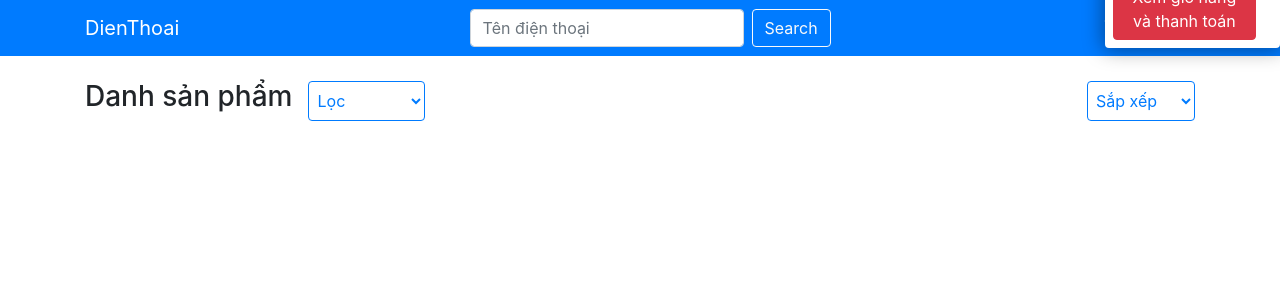
Repository: dovanthao2404/BC14_Bai_Tap_Ban_Dien_Thoai_dovanthao
Page: app/views/index.html
An editor plug-in stored every save of this project. The page is shown before and after the next save, followed by the edit.
The browser window is 1280 px wide. The pictures show the whole page.
Some web libraries are served in a nearby version. The style sheet was rebuilt from its Sass, Less or Tailwind sources for each picture, by a compiler version that may differ from the author's.

Above is the page before, as saved 2021-08-14 16:45:09.
Console error (its wording comes from the project's code and is left out).

### app/views/index.html
<!DOCTYPE html>
<html lang="en">

<head>
  <meta charset="UTF-8">
  <meta http-equiv="X-UA-Compatible" content="IE=edge">
  <meta name="viewport" content="width=device-width, initial-scale=1.0">
  <title>Dien Thoai Xin</title>




  <!-- FONT AWESOME -->
  <link rel="stylesheet" href="https://cdnjs.cloudflare.com/ajax/libs/font-awesome/5.15.4/css/all.min.css"
    integrity="sha512-1ycn6IcaQQ40/MKBW2W4Rhis/DbILU74C1vSrLJxCq57o941Ym01SwNsOMqvEBFlcgUa6xLiPY/NS5R+E6ztJQ=="
    crossorigin="anonymous" referrerpolicy="no-referrer" />

  <!-- GOOGLE FONTS -->

  <link rel="preconnect" href="https://fonts.googleapis.com">
  <link rel="preconnect" href="https://fonts.gstatic.com" crossorigin>
  <link
    href="https://fonts.googleapis.com/css2?family=Roboto:ital,wght@0,300;0,400;0,700;1,300;1,400;1,700&display=swap"
    rel="stylesheet">

  <!-- B4 -->
  <link rel="stylesheet" href="https://cdn.jsdelivr.net/npm/bootstrap@4.6.0/dist/css/bootstrap.min.css"
    integrity="sha384-B0vP5xmATw1+K9KRQjQERJvTumQW0nPEzvF6L/Z6nronJ3oUOFUFpCjEUQouq2+l" crossorigin="anonymous">

  <!-- MAIN CSS -->
  <link rel="stylesheet" href="../../assets/css/main.css">
</head>

<body>
  <header class="fixed-top">
    <nav class="navbar navbar-dark bg-primary">
      <div class="container">

        <a href="#" class="navbar-brand">
          DienThoai
        </a>
        <form class="form-inline my-2 my-lg-0">
          <input id="valueSearch" class="form-control mr-sm-2" type="search" placeholder="Tên điện thoại"
            aria-label="Search">
          <button id="btnSearch" class="btn btn-outline-light my-2 my-sm-0" type="button">Search</button>
        </form>
        <div class="phone-cart">
          <a href="cart.html" class="text-light position-relative">
            <i class="fa fa-cart-plus"></i> Giỏ hàng


            <div class="notifiSuccess pb-2 pt-3 pl-2 pr-4 bg-white rounded">
              <i class="fa fa-times icon-close text-dark"></i>
              <div class="d-flex align-items-center">
                <i class="fa fa-check-circle text-success"></i>
                <p class="text-dark m-0">Thêm vào giỏ hàng thành công</p>
              </div>
              <a href="cart.html" class="btn btn-danger w-100 d-block">Xem giỏ hàng và thanh toán</a>

            </div>
          </a>

        </div>
      </div>
    </nav>

  </header>

  <section class="phone-product">
    <div class="container">
      <div id="listAll-type">
        <div class="phone-title">
          <div class="d-flex justify-content-between align-items-center my-3">
            <div class="d-flex align-items-center">
              <h3 class="mr-3">
                Danh sản phẩm
              </h3>
              <div>
                <select class="phone-select" name="" id="phoneType">
                  <option value="">Lọc</option>
                  <option value="Samsung">Samsung</option>
                  <option value="Iphone">Iphone</option>
                </select>

              </div>
            </div>
            <div class="sort-name">
              <select class="phone-select" name="" id="sortPhone">
                <option value="">Sắp xếp</option>
                <option value="a">A - Z</option>
                <option value="z">Z - A</option>
              </select>
            </div>
          </div>
        </div>
        <div class="phone-list">
          <div class="row" id="listPhoneView">

          </div>
        </div>
      </div>
    </div>
    </div>
  </section>


  <!-- B4 -->
  <script src="https://code.jquery.com/jquery-3.5.1.slim.min.js"
    integrity="sha384-DfXdz2htPH0lsSSs5nCTpuj/zy4C+OGpamoFVy38MVBnE+IbbVYUew+OrCXaRkfj"
    crossorigin="anonymous"></script>
  <script src="https://cdn.jsdelivr.net/npm/bootstrap@4.6.0/dist/js/bootstrap.bundle.min.js"
    integrity="sha384-Piv4xVNRyMGpqkS2by6br4gNJ7DXjqk09RmUpJ8jgGtD7zP9yug3goQfGII0yAns"
    crossorigin="anonymous"></script>


  <!-- AXIOS -->
  <script src="https://cdnjs.cloudflare.com/ajax/libs/axios/0.21.1/axios.min.js"
    integrity="sha512-bZS47S7sPOxkjU/4Bt0zrhEtWx0y0CRkhEp8IckzK+ltifIIE9EMIMTuT/mEzoIMewUINruDBIR/jJnbguonqQ=="
    crossorigin="anonymous" referrerpolicy="no-referrer"></script>

  <script type="module" src="./../controllers/main.js"></script>
</body>

</html>

### app/controllers/main.js
import Phone from "./../models/Phone.js"
import ListPhone from "./../models/ListPhone.js"


var listProductInCart = JSON.parse(localStorage.getItem("listProductInCart")) || [];



let getEle = (id) => {
  return document.getElementById(id)
}

let listPhone = new ListPhone();


let renderView = (arr) => {
  let html = ""
  arr.forEach((phone) => {
    html += `
    <div class="col-3 mb-3">
    <div class="card overflow-hidden h-100">
      <img
        src="${phone.img}"
        alt="" class="card-img-top">
      <div class="card-body">
        <h4 class=card-title>
        ${phone.name}
        </h4>
        <p class="card-text">${phone.desc}</p>
        </div>
        <div class="card-footer">
        <a data-action="add"  data-phone=${phone.id} class="btn btn-primary w-100">Cart</a>
        </div>
    </div>
  </div>
    `
  })
  getEle("listPhoneView").innerHTML = html

}

let fetchData = () => {
  listPhone
    .getListPhoneApi()
    .then((resp) => {
      renderView(resp.data)
    })
    .catch((err) => {
      console.log(err)
    })
}

fetchData()

let filterType = (phoneType, type) => {
  return listPhone
    .getListPhoneApi()
    .then((resp) => {
      let data = resp.data;
      data.forEach((phone) => {
        if (phone.type === type) {
          phoneType.push(phone);
        }
      })
      renderView(phoneType)
      return phoneType;
    })
    .catch((err) => {
      console.log(err)
    })
}

let sortPhone = (arr, valueSort) => {
  for (let i = 0; i < arr.length; i++) {
    for (let j = i; j < arr.length; j++) {
      if (valueSort === 1) {
        if (arr[i].name < arr[j].name) {
          let temp = arr[i];
          arr[i] = arr[j]
          arr[j] = temp;
        }
      } else {
        if (arr[i].name > arr[j].name) {
          let temp = arr[i];
          arr[i] = arr[j]
          arr[j] = temp;
        }
      }
    }
  }
  renderView(arr)
}


let delegationSelect = () => {
  let phoneType = [];
  let type = getEle("phoneType").value;
  let dataSort = getEle("sortPhone").value;

  if (type && dataSort) {

    if (dataSort === "a") {
      filterType(phoneType, type)
        .then((phoneType) => {
          sortPhone(phoneType, 1);
        })
    } else {
      filterType(phoneType, type)
        .then((phoneType) => {
          sortPhone(phoneType, 0);
        })
    }

  } else if (type && !dataSort) {

    filterType(phoneType, type);

  } else if (!type && dataSort) {

    if (dataSort === "a") {
      listPhone.getListPhoneApi()
        .then((resp) => {
          sortPhone(resp.data, 1);
        })
        .catch((err) => {
          console.log(err);
        })
    } else {
      listPhone.getListPhoneApi()
        .then((resp) => {
          sortPhone(resp.data, 0);
        })
        .catch((err) => {
          console.log(err);
        })
    }

  } else {
    fetchData()
  }
}

getEle("phoneType").addEventListener("change", delegationSelect)
getEle("sortPhone").addEventListener("change", delegationSelect)

const handleSearch = () => {
  let nameSort = getEle("valueSearch").value;
  nameSort = nameSort.toLowerCase().trim();
  listPhone.getListPhoneApi()
    .then((resp) => {
      let listPhone = resp.data;
      let listPhoneSearch = listPhone.filter((phone) => {
        return phone.name.toLowerCase().includes(nameSort);
      })
      renderView(listPhoneSearch);
    })
    .catch((err) => {
      console.log(err)
    })

}

getEle("btnSearch").addEventListener("click", handleSearch);




const delegationListPhoneView = (e) => {
  if (e.target.getAttribute("data-action") === "add") {
    let id = e.target.getAttribute("data-phone");

    listPhone.getPhoneById(id)
      .then((resp) => {
        let count = 0;
        for (let i = 0; i < listProductInCart.length; i++) {

          if (listProductInCart[i].id === id) {
            listProductInCart[i].quantity += 1;
            localStorage.setItem("listProductInCart", JSON.stringify(listProductInCart));
            count++;
          }

        }

        if (count === 0) {
          let phone = { ...resp.data }
          phone.quantity = 1;
          listProductInCart.push(phone);
          localStorage.setItem("listProductInCart", JSON.stringify(listProductInCart));

        }
      })
      .catch((err) => {
        console.log(err)
      })


  }
}


getEle("listPhoneView").addEventListener("click", delegationListPhoneView)

### app/models/Phone.js
class Phone {
  constructor({
    name,
    price,
    screen,
    backCamera,
    frontCamera,
    img,
    desc,
    type
  },) {
    this.name = name;
    this.price = price;
    this.screen = screen;
    this.backCamera = backCamera;
    this.frontCamera = frontCamera;
    this.img = img;
    this.desc = desc;
    this.type = type;
  }

}

### app/models/ListPhone.js
export default class ListPhone {
  getListPhoneApi() {
    return axios({
      url: "https://6113ecdacba40600170c1d10.mockapi.io/api/phone",
      method: "GET",
    });
  }

  getPhoneById(id) {
    return axios({
      url: `https://6113ecdacba40600170c1d10.mockapi.io/api/phone/${id}`,
      method: "GET",
    });
  }

}

//  MỚi ăn xong

### assets/scss/main.scss
.phone-product {
  margin-top: 80px;
}
.phone-select {
  padding: 8px 20px 8px 4px;
  border-color: #007bff;
  color: #007bff;
  border-radius: 4px;
  background: transparent;
  outline: none;
  cursor: pointer;
  transition: all 0.5s;
  &:hover {
    background-color: #007bff;
    color: white;
  }
  option {
    display: block;
    background-color: white;
    color: #000;
  }
}
.notifiSuccess {
  position: absolute;
  bottom: 8px;
  box-shadow: 0 0 20px 2px rgba(0, 0, 0, 0.4);
  &:before {
    content: "";
    position: absolute;
    display: block;
    width: 16px;
    height: 16px;
    background-color: #fff;
    transform: rotate(45deg);
    top: -8px;
    right: 20px;
  }

  .icon-close {
    position: absolute;
    right: 6px;
    top: 4px;
    cursor: pointer;
  }
}

After the next save:
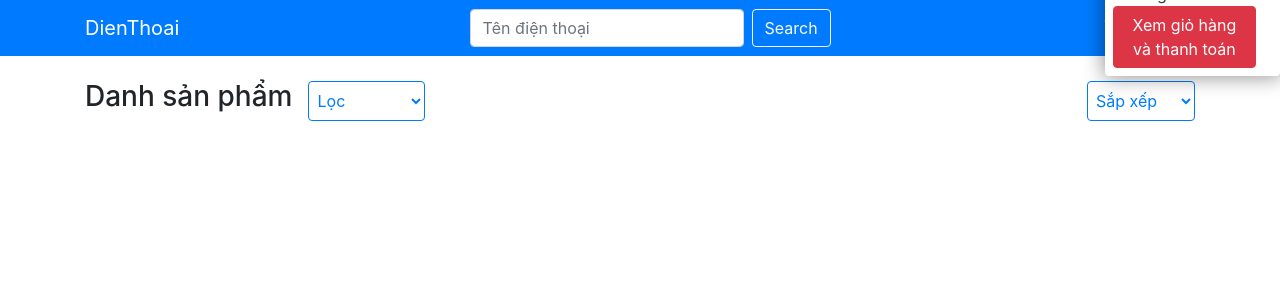
Saved 5 s later.
--- a/assets/scss/main.scss
+++ b/assets/scss/main.scss
@@ -22,7 +22,7 @@
 }
 .notifiSuccess {
   position: absolute;
-  bottom: 8px;
+  bottom: -20px;
   box-shadow: 0 0 20px 2px rgba(0, 0, 0, 0.4);
   &:before {
     content: "";
